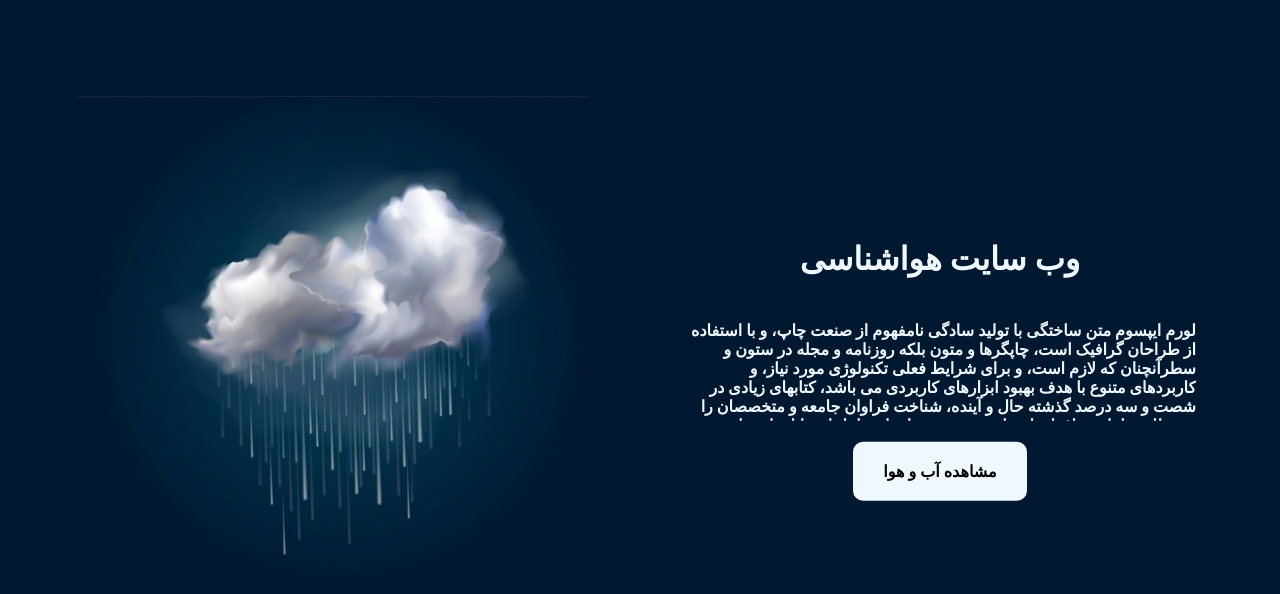
Repository: fateme81yosefi/weather
Page: landing/Landing.html
These files come from the project's save history. The page is drawn as it stood at one moment and after the next save; the edit follows.
The browser window is 1280 px wide. The pictures show the whole page.
Some web fonts or font styles are not loaded; a fallback is used.

Above is the page before, as saved 2025-02-02 17:01:47.

### landing/Landing.html
<!doctype html>
<html lang="en">

<head>
    <meta charset="utf-8">
    <meta name="viewport" content="width=device-width,initial-scale=1">
    <link rel="stylesheet" href="./style/landing.css">
    <link href="https://cdn.jsdelivr.net/gh/rastikerdar/vazir-font@v27.1.0/dist/font-face.css" rel="stylesheet"
        type="text/css" />


    <title>هواشناسی</title>
</head>

<body>
    <div class="container-landing">
        <div class="contain-btn">
            <h1>وب سایت هواشناسی</h1>
            <h4>لورم ایپسوم متن ساختگی با تولید سادگی نامفهوم از صنعت چاپ، و با استفاده از طراحان گرافیک است، چاپگرها و
                متون بلکه روزنامه و مجله در ستون و سطرآنچنان که لازم است، و برای شرایط فعلی تکنولوژی مورد نیاز، و
                کاربردهای متنوع با هدف بهبود ابزارهای کاربردی می باشد، کتابهای زیادی در شصت و سه درصد گذشته حال و آینده،
                شناخت فراوان جامعه و متخصصان را می طلبد، تا با نرم افزارها شناخت بیشتری را برای طراحان رایانه ای علی
                الخصوص طراحان خلاقی، و فرهنگ پیشرو در زبان فارسی ایجاد کرد، در این صورت می توان امید داشت که تمام و
                دشواری موجود در ارائه راهکارها، و شرایط سخت تایپ به پایان رسد و زمان مورد نیاز شامل حروفچینی دستاوردهای
                اصلی، و جوابگوی سوالات پیوسته اهل دنیای موجود طراحی اساسا مورد استفاده قرار گیرد.</h4>
            <button class="go-to-weather">مشاهده آب و هوا</button>
        </div>

    </div>


    <script src="./js/landing.js"></script>
</body>

</html>

### landing/style/landing.css
@font-face {
  font-family: Vazir;
  src: url("Vazir-Regular.eot");
  src: url("Vazir-Regular.eot?#iefix") format("embedded-opentype"),
    url("Vazir-Regular.woff2") format("woff2"),
    url("Vazir-Regular.woff") format("woff"),
    url("Vazir-Regular.ttf") format("truetype");
}

body {
  font-family: vazir;
  font-weight: bold;
  margin: 0 !important;
  padding: 0;
  overflow: hidden;
  background-color: #001830;

}
.container-landing {
  background-image: url("../images/bg.jpg");
  background-position: center;
  background-size: 100%;
  background-repeat: no-repeat;
  height: 100vh;
  margin: 0;
  padding: 0;
  display: flex;
  align-items: center;
  justify-content: center;
}

.contain-btn {
  width: 70%;
  text-align: center;
  position: absolute;
  color: aliceblue;
  display: flex;
  flex-direction: column;
  align-items: center;
  justify-content: center;

}

.contain-btn h4 {
  max-height: 100px;
  overflow: hidden;
}
.go-to-weather {
  background-color: aliceblue;
  border: none;
  border-radius: 10px;
  padding: 20px 30px;
  font-family: vazir;
  font-weight: bold;
  font-size: medium;
}

@media screen and (min-width: 1200px) {
  .contain-btn {
    width: 40%;
    text-align: right;
    position: absolute;
    top: 50%;
    left: 50%;
    transform: translate(-50%, -50%) translateX(300px);
    color: aliceblue;
  }
  .go-to-weather {
    background-color: aliceblue;
    border: none;
    border-radius: 10px;
    padding: 20px 30px;
    font-family: vazir;
    font-weight: bold;
    font-size: medium;
  }
  .container-landing {
    background-position: left;
    background-size: 40%;
    background-position: 10%;
  }
}

Loaded but not shown: landing/js/landing.js (no stored copy; drawn as an empty file)

After the next save:
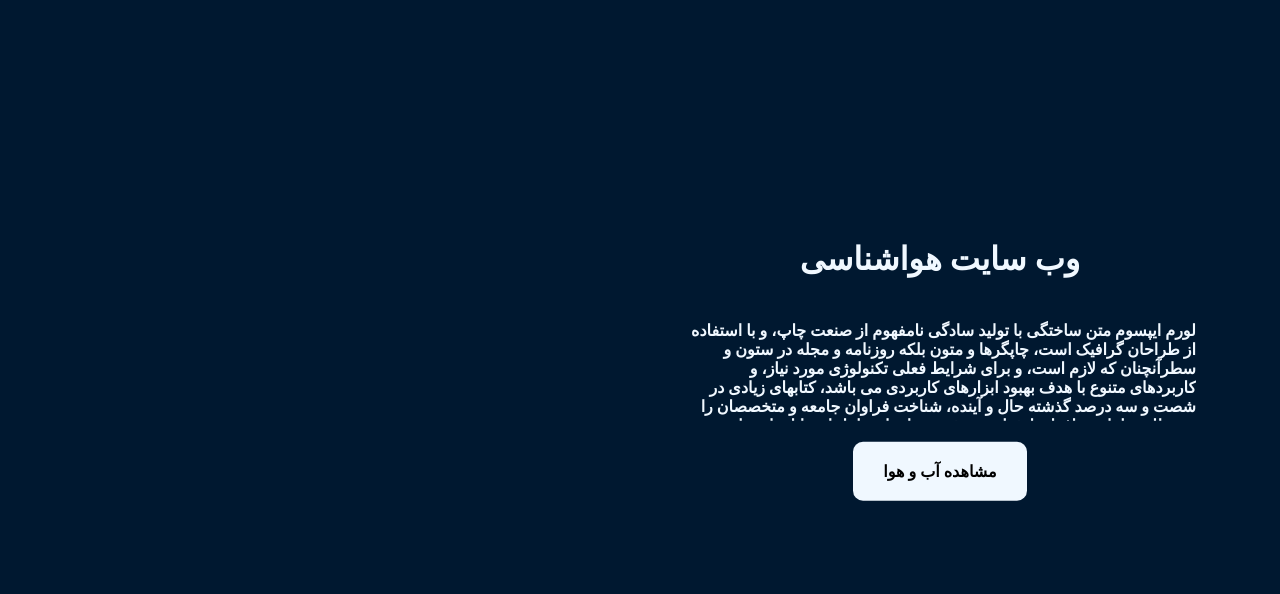
Saved 24 s later.
--- a/landing/style/landing.css
+++ b/landing/style/landing.css
@@ -78,5 +78,6 @@
     background-position: left;
     background-size: 40%;
     background-position: 10%;
+    display: initial;
   }
 }

After the save that followed:
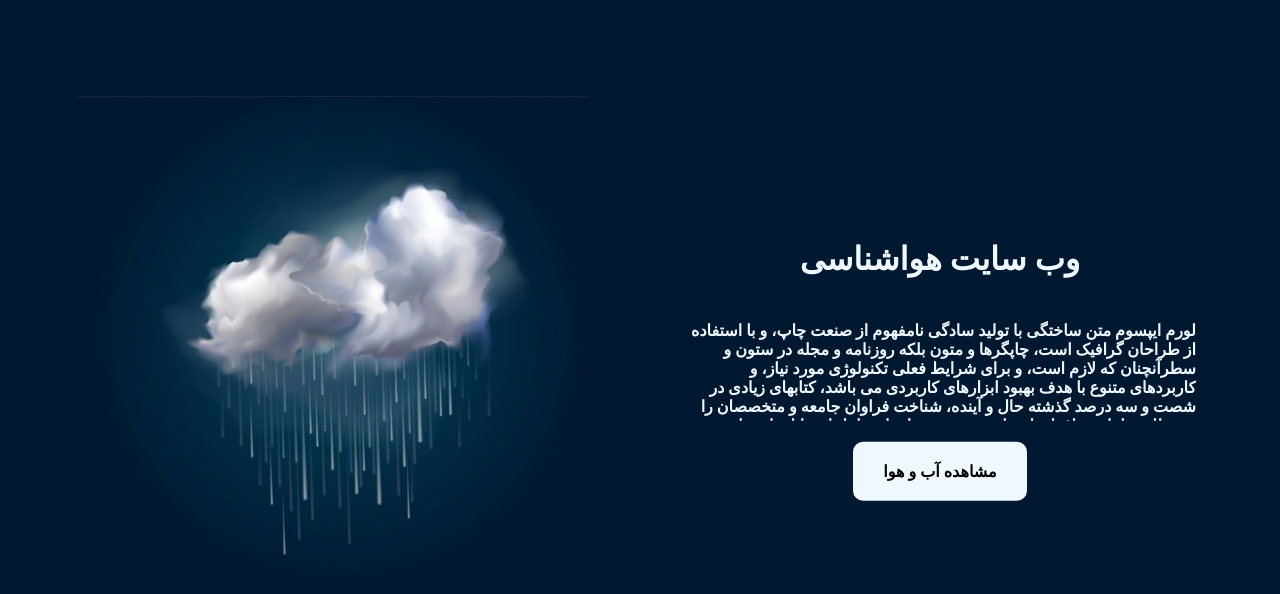
Saved 10 s later.
--- a/landing/style/landing.css
+++ b/landing/style/landing.css
@@ -78,6 +78,5 @@
     background-position: left;
     background-size: 40%;
     background-position: 10%;
-    display: initial;
   }
 }
